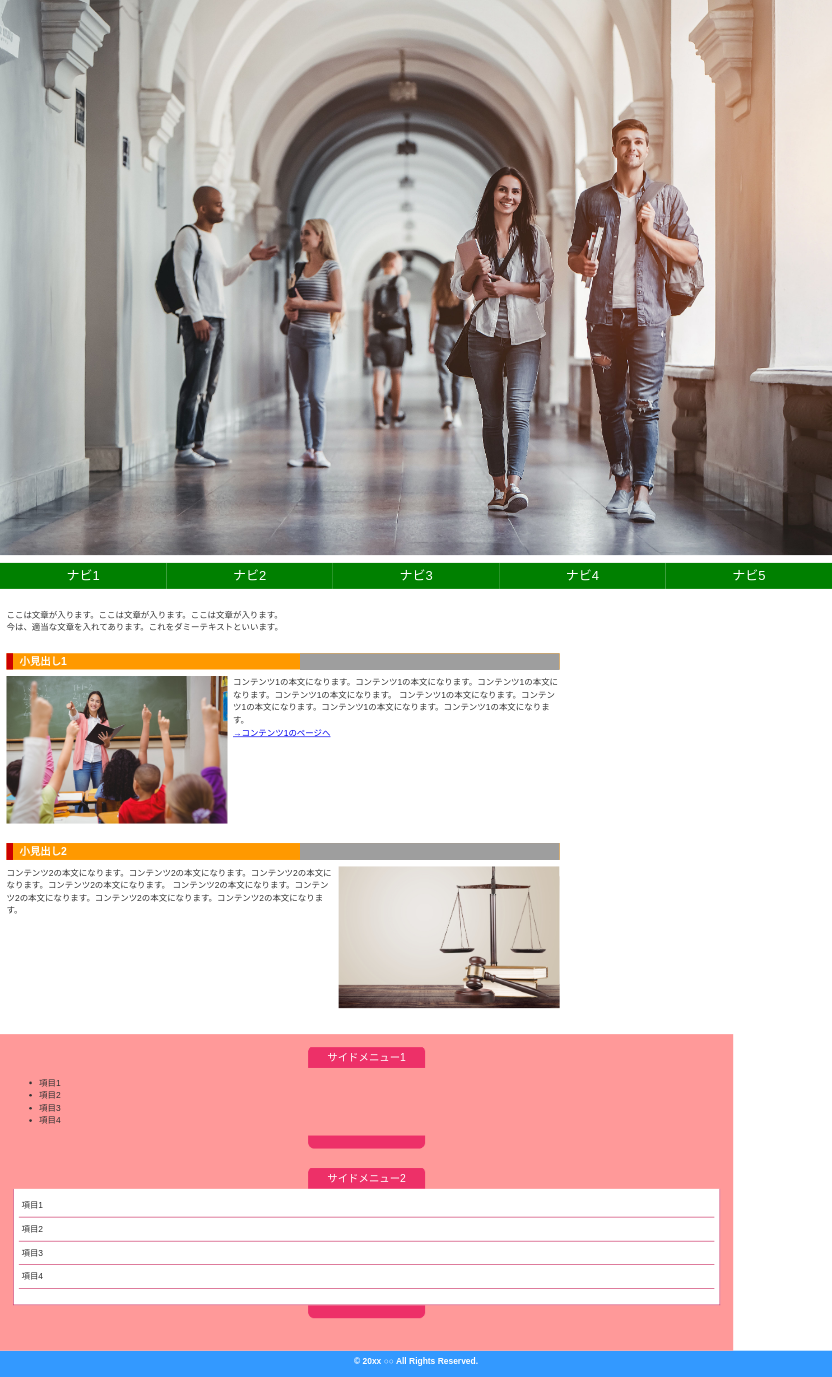
Repository: saki2526/samurai_HTML-CSS
Page: home.html
The author's editor kept a record of every edit. The page is drawn from the files as they stood at one moment, then again after the next edit.
The browser window is 1280 px wide. The pictures show the whole page, at 65% of full size.
Pictures or frames that could not be fetched are drawn as grey boxes.

Above is the page before.

After the next edit:
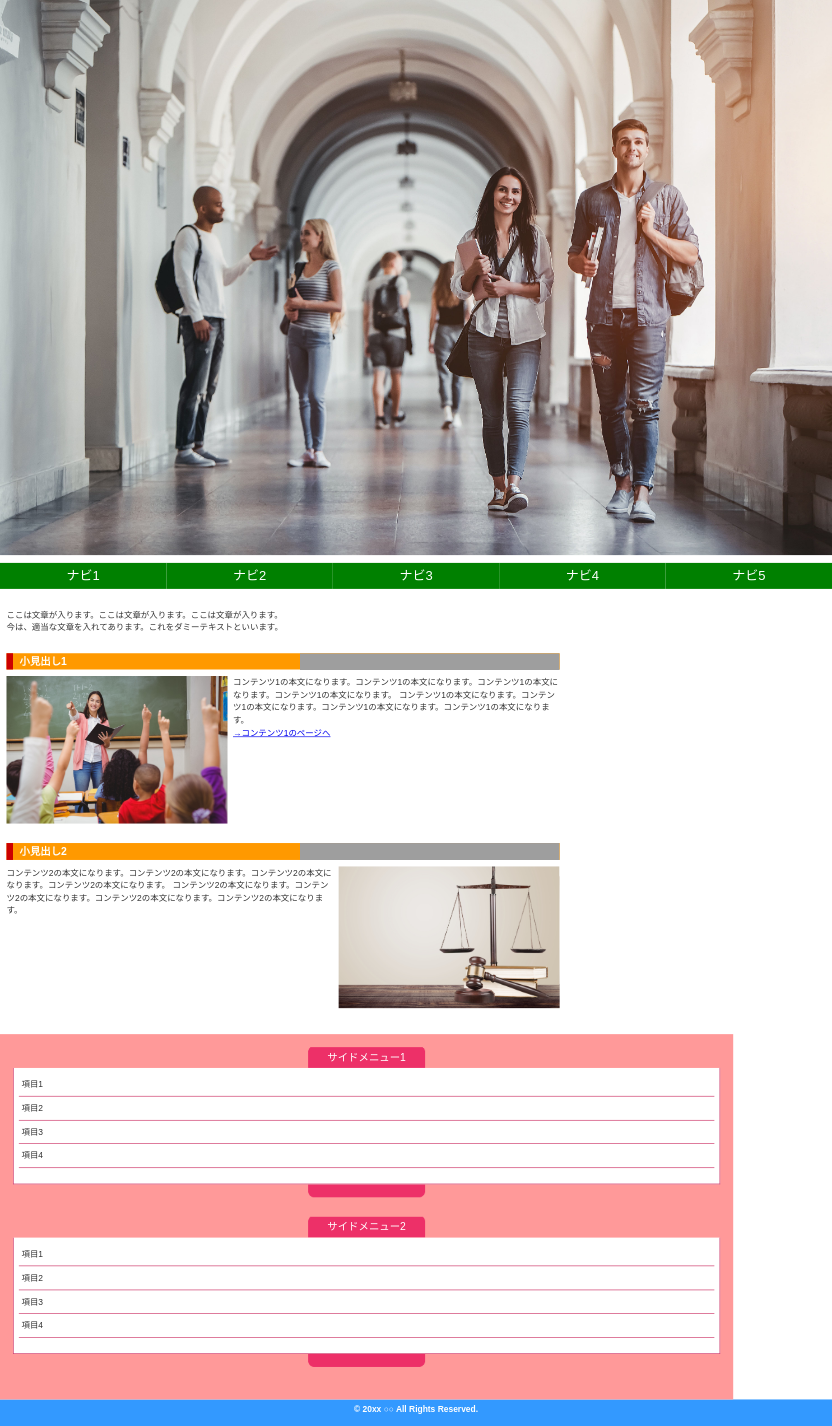
The edit:
--- a/home.html
+++ b/home.html
@@ -46,7 +46,7 @@
                 <div id="side">
                     <div class="box">
                         <h2>サイドメニュー1</h2>
-                        <div class="boxbody">
+                        <div class="boxBody">
                             <ul>
                                 <li>項目1</li>
                                 <li>項目2</li>
